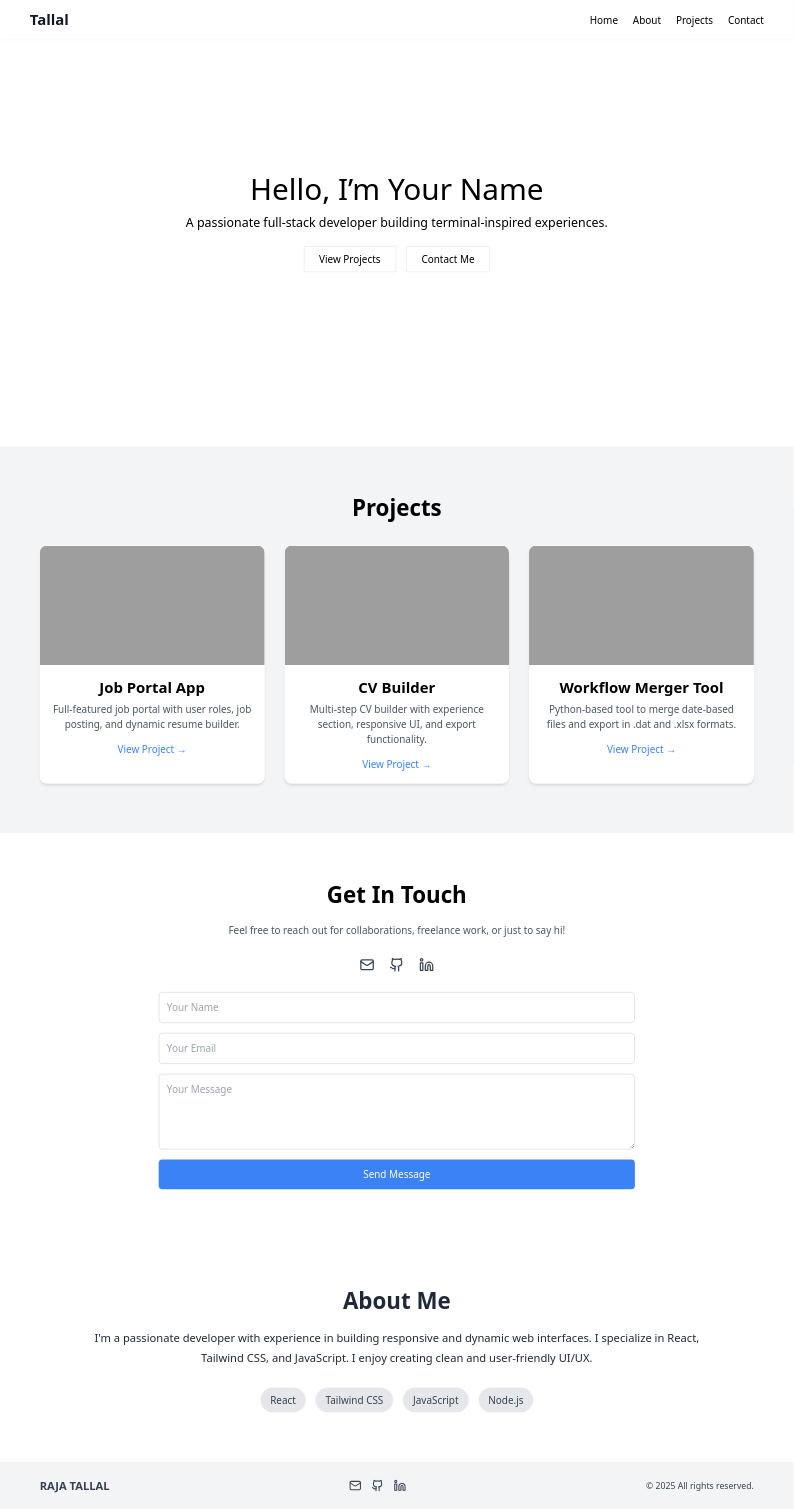
Repository: TalalAhmed011/My-portfolio
Page: /
An editor plug-in stored every save of this project. The page is shown before and after the next save, followed by the edit.
The browser window is 1280 px wide. The pictures show the whole page, at 62% of full size.
Pictures or frames that could not be fetched are drawn as grey boxes. The project was rebuilt for these pictures with package versions that can differ from the ones it lists, and the page was loaded fresh each time. Also part of the build but not shown: vite.config.js.

Above is the page before, as saved 2025-08-02 08:13:45.

After the next save:
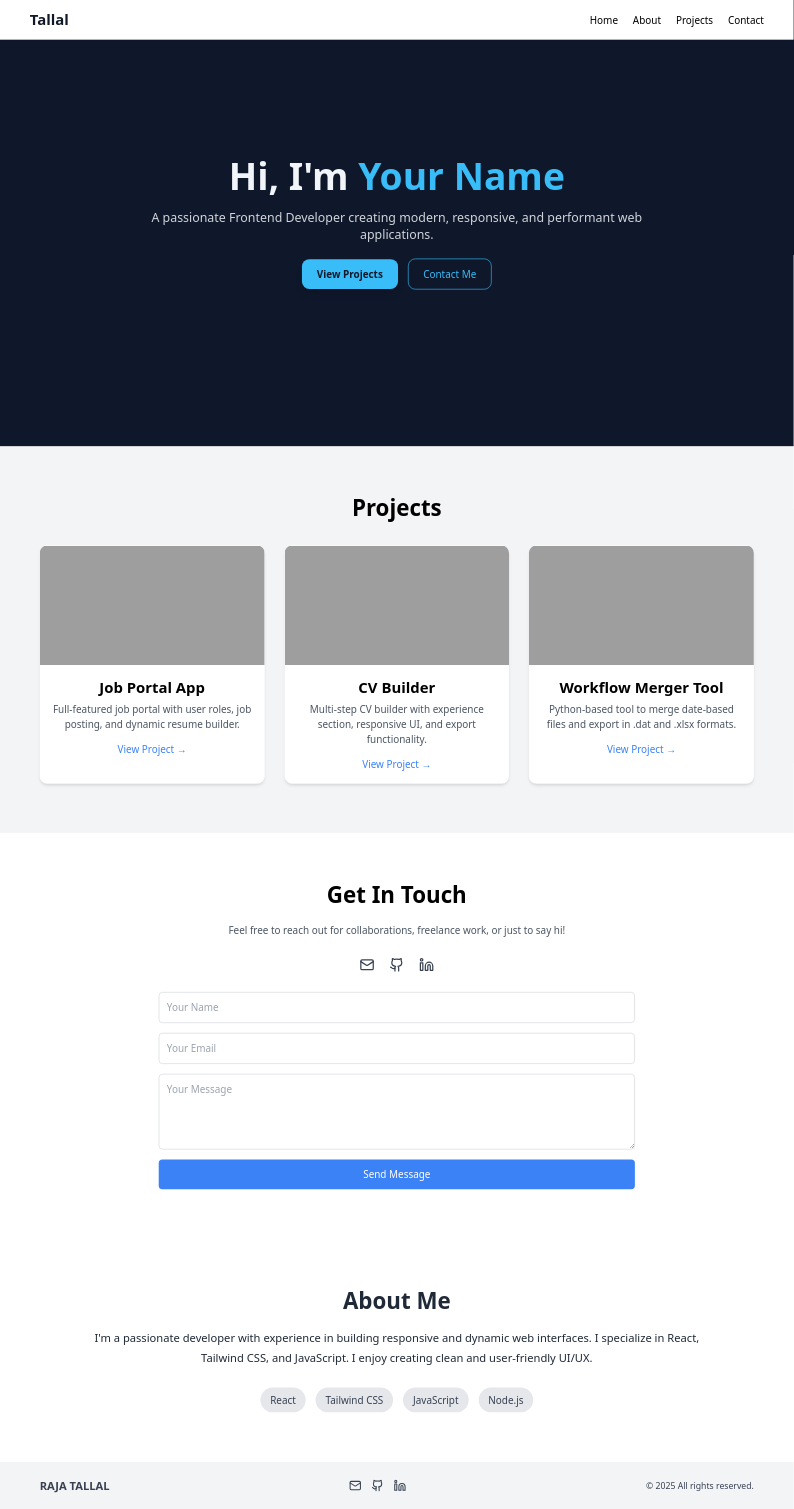
Saved 5 min 25 s later.
--- a/src/assets/components/hero.jsx
+++ b/src/assets/components/hero.jsx
@@ -2,13 +2,31 @@ import React from "react";
 
 const Hero = () => {
   return (
-    <section className="bg-terminalBg text-terminalGreen font-terminal h-screen flex flex-col justify-center items-center px-4">
-      <div className="max-w-3xl text-center">
-        <h1 className="text-4xl md:text-5xl mb-4">Hello, I’m <span className="text-terminalAccent">Your Name</span></h1>
-        <p className="text-lg md:text-xl mb-6">A passionate full-stack developer building terminal-inspired experiences.</p>
-        <div className="flex gap-4 justify-center">
-          <a href="#projects" className="border border-terminalAccent px-6 py-2 hover:bg-terminalAccent hover:text-terminalBg transition-colors duration-300">View Projects</a>
-          <a href="#contact" className="border border-terminalGreen px-6 py-2 hover:bg-terminalGreen hover:text-terminalBg transition-colors duration-300">Contact Me</a>
+    <section
+      id="hero"
+      className="min-h-screen bg-[#0F172A] text-[#F1F5F9] flex items-center justify-center px-6"
+    >
+      <div className="max-w-4xl text-center space-y-6">
+        <h1 className="text-4xl md:text-6xl font-bold font-poppins leading-tight">
+          Hi, I'm <span className="text-[#38BDF8]">Your Name</span>
+        </h1>
+        <p className="text-lg md:text-xl font-light text-gray-300">
+          A passionate Frontend Developer creating modern, responsive, and performant web applications.
+        </p>
+
+        <div className="mt-8 flex flex-col sm:flex-row gap-4 justify-center items-center">
+          <a
+            href="#projects"
+            className="bg-[#38BDF8] text-[#0F172A] font-semibold py-3 px-6 rounded-xl hover:bg-[#0284C7] transition-all duration-300 shadow-lg"
+          >
+            View Projects
+          </a>
+          <a
+            href="#contact"
+            className="border border-[#38BDF8] text-[#38BDF8] py-3 px-6 rounded-xl hover:bg-[#1E293B] hover:text-white transition-all duration-300"
+          >
+            Contact Me
+          </a>
         </div>
       </div>
     </section>
